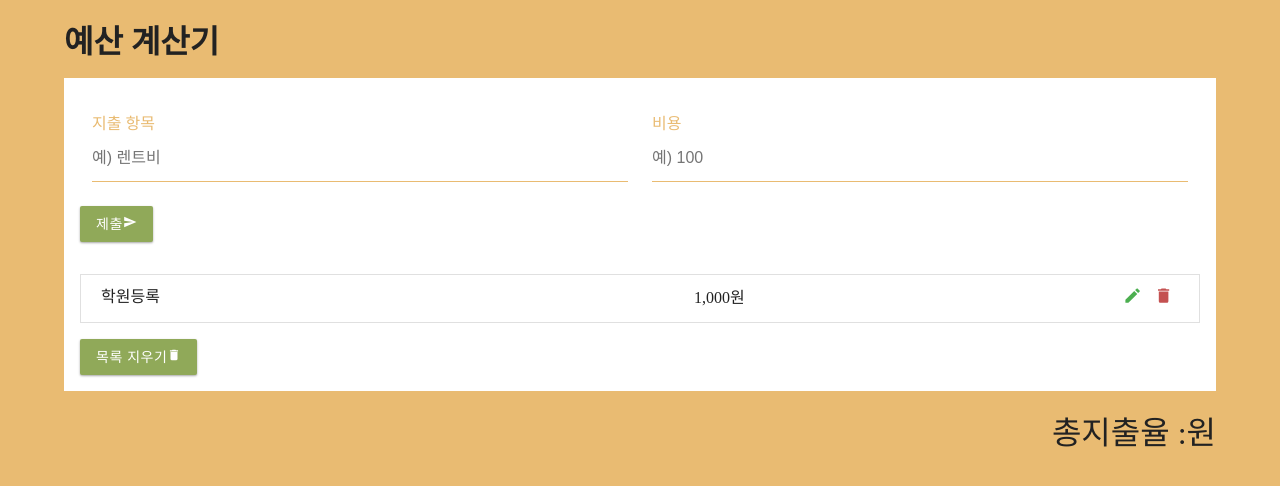
Repository: jongheonleee/budget_calculator
Page: /
An editor plug-in stored every save of this project. The page is shown before and after the next save, followed by the edit.
The browser window is 1280 px wide. The pictures show the whole page.
The pointer rests on the first visible `.btn`.
The project was rebuilt for these pictures with package versions that can differ from the ones it lists, and the page was loaded fresh each time.

Above is the page before, as saved 2025-02-08 13:12:34.

### src/index.css
:root {
  --primaryColor : #90A959;
  --secondColor : #e9bb72;
  --mainWhite : #fff;
  --mainBlack : #222;
  --mainRed : #C45151;
  --mainGreen : #4CAF50;
}

* {
  margin: 0;
  box-sizing: border-box;
}

body {
  background: var(--secondColor);
  color: var(--mainBlack);
}

h1 {
  margin: 1rem 0;
}

.btn {
  text-decoration: none;
  color : var(--mainWhite);
  background-color: var(--primaryColor);
  text-align: center;
  letter-spacing: 0.5px;
  font-size: 14px;
  outline: 0;
  border : none;
  border-radius: 2px;
  display: block;
  height: 36px;
  line-height: 36px;
  padding: 0 16px;
  cursor : pointer;
  box-shadow : 0 1px 3px rgba(0, 0, 0, 0.12), 0 1px 2px rgba(0, 0, 0, 0.24);

}

.btn:hover {
  box-shadow : 0 14px 28px rgba(0, 0, 0, 0.25) 0 10px 10px rgba(0, 0, 0, 0.22);
}

### src/App.js
import { Component } from "react";
import "./App.css";
import ExpenseForm from "./components/ExpenseForm";
import ExpenseList from "./components/ExpenseList";

class App extends Component {

  render() {
    return (
      <main className="main-container">
        <h1>예산 계산기</h1>

        {/* 작성 영역 */}
        <div style={{ width:'100%', backgroundColor : 'white', padding: '1rem'}}>
          <ExpenseForm />
        </div>

        {/* 리스트 영역 */}
        <div style={{ width:'100%', backgroundColor : 'white', padding: '1rem'}}>
          <ExpenseList />
        </div>

        <div style={{ display : 'flex', justifyContent: 'end', marginTop: '1rem'}}>
          <p style={{ fontSize : '2rem'}}>
            총지출율 :
            <span>원</span>
          </p>
        </div>
      </main>
    )
  }
}

export default App;

### src/components/ExpenseForm.js
import React, { Component } from 'react'
import './ExpenseForm.css';
import { MdSend } from'react-icons/md';

export class ExpenseForm extends Component {

    render() {
        return (
        <form>
            <div>
                <div className='form-center'>
                    <div className='form-group'>
                        <label htmlFor='charge'> 지출 항목 </label>
                        <input
                            type='text'
                            className='form-control'
                            id='charge'
                            name='charge'
                            placeholder='예) 렌트비'
                        />
                    </div>
                    <div className='form-group'>
                        <label htmlFor='amount'> 비용 </label>
                        <input
                            type='number'
                            className='form-control'
                            id='amount'
                            name='amount'
                            placeholder='예) 100'
                        />

                    </div>
                </div>
            </div>

            <button tpye='submit' className='btn'>
                제출
                <MdSend className='btn-icon'/>
            </button>
        </form>
    )
  }
}

export default ExpenseForm

### src/components/ExpenseList.js
import React, { Component } from 'react'
import './ExpenseList.css'
import ExpenseItem from './ExpenseItem'
import { MdDelete } from 'react-icons/md'

export class ExpenseList extends Component {
  render() {
    return (
      <>
        <ul className='list'>
            {/* Expense Item */}
            <ExpenseItem />
        </ul>
        <button className='btn'>
            목록 지우기
            <MdDelete className='btn-icon'/>
        </button>
      </>
    )
  }
}

export default ExpenseList

### src/components/ExpenseForm.css
.form-center {
    display: flex;
}

.form-group {
    padding : 1rem 0.75rem;
    flex : 1;
}

label {
    display: block;
    color : var(--secondColor);
    font-size : 1rem;
    text-transform: capitalize;
}

.form-control {
    background-color: transparent;
    border: none;
    border-bottom: 1px solid var(--secondColor);
    outline: none;
    height: 3rem;
    width: 100%;
    font-size : 16px;
    margin: 0 0 8px 0;
    padding : 0;
}

### src/components/ExpenseList.css
.list {
    list-style-type: none;
    border : none;
    padding: 0;
}

### src/components/ExpenseItem.js
import React, { Component } from 'react'
import './ExpenseItem.css';
import { MdEdit, MdDelete } from'react-icons/md';

export class ExpenseItem extends Component {
  render() {
    return (
      <li className='item'>
        <div className='info'>
          <span className='expense'>학원등록</span>
          <span className='amount'> 1,000원 </span>
        </div>

        <div>
          <button className='edit-btn'><MdEdit/></button>
          <button className='clear-btn'><MdDelete /></button>
        </div>
      </li>
    )
  }
}

export default ExpenseItem

### src/components/ExpenseItem.css
.item {
    background-color: var(--mainWhite);
    line-height: 1.5rem;
    padding: 10px 20px;
    margin-bottom: 1rem;
    border : 1px solid #e0e0e0;
    display: flex;
    justify-content: space-between;
    transition:all 0.3s linear;
}

.item:hover {
    width: 100%;
    transform: scale(1.02);
}

.info {
    flex : 0 0 60%;
    display: flex;
    justify-content: space-between;
}

.expense {
    margin-right: 2rem;
}

.amount {
    font-weight: 300;
    font-size : 1rem;
    padding : 1px 3px;
}

.clear-btn,
.edit-btn {
    background: none;
    border: none;
    font-size : 1.2rem;
    outline: none;
    cursor: pointer;
}

.clear-btn {
    color : var(--mainRed);
}

.edit-btn {
    color : var(--mainGreen);
}

Loaded but not shown: public/index.html (common file); src/index.js (common file); src/reportWebVitals.js (common file); src/App.css (common file); public/manifest.json (common file)

After the next save:
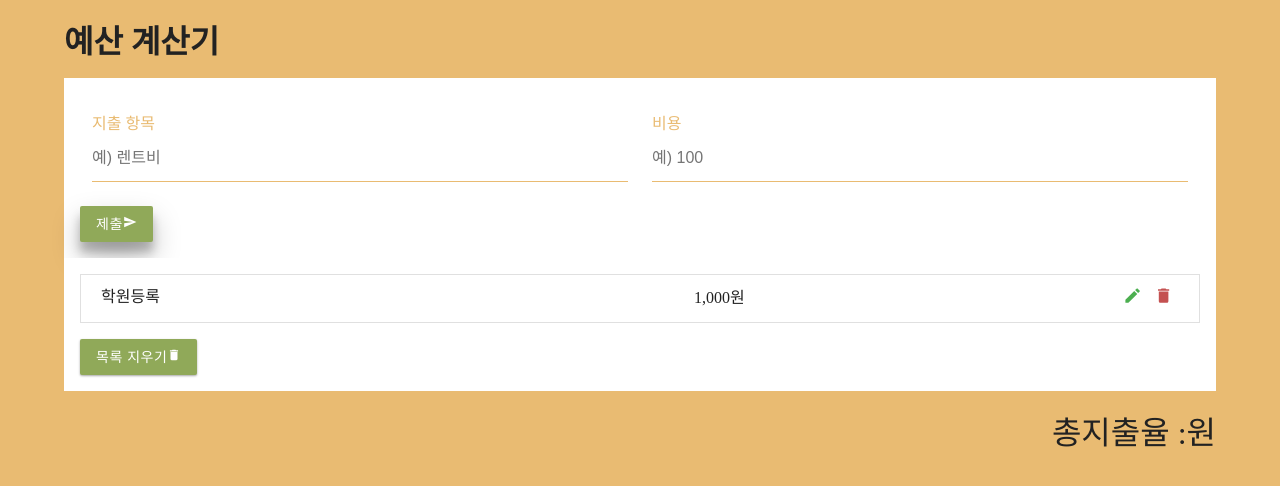
Saved 57 s later.
--- a/src/index.css
+++ b/src/index.css
@@ -41,5 +41,5 @@ h1 {
 }
 
 .btn:hover {
-  box-shadow : 0 14px 28px rgba(0, 0, 0, 0.25) 0 10px 10px rgba(0, 0, 0, 0.22);
+  box-shadow : 0 14px 28px rgba(0, 0, 0, 0.25), 0 10px 10px rgba(0, 0, 0, 0.22);
 }
